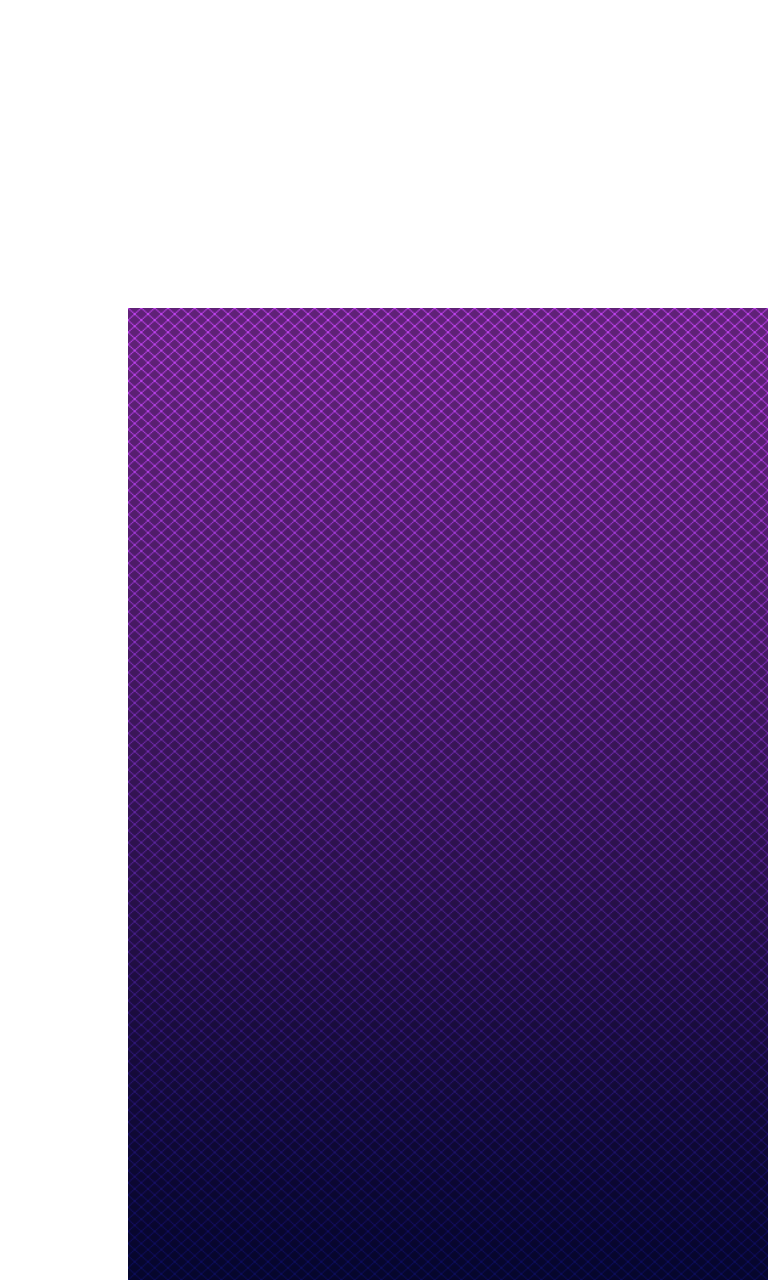
Repository: LimHeeJho/masicBall
Layout: MagicBall/res/layout/splash.xml
The author's editor kept a copy of each file at every save. The layout is drawn from the files as they stood at one save, then again after the next save.
It is drawn on a 768 x 1280 px phone screen (xhdpi) without system bars, with theme AppTheme; the app's code is not run.

Above is the layout before, as saved 2013-07-17 08:02:32.

### MagicBall/res/layout/splash.xml
<RelativeLayout xmlns:android="http://schemas.android.com/apk/res/android"
    android:layout_width="fill_parent"
    android:layout_height="fill_parent" >

    <RelativeLayout
        android:layout_width="wrap_content"
        android:layout_height="wrap_content"
        android:layout_alignParentRight="true"
        android:layout_alignParentTop="true"
        android:layout_marginTop="154dp"
        android:background="@drawable/background">

    </RelativeLayout>

</RelativeLayout>

Loaded but not shown: MagicBall/res/values/styles.xml (common file); MagicBall/res/values-v11/styles.xml (common file); MagicBall/res/values-v14/styles.xml (common file)

After the next save:
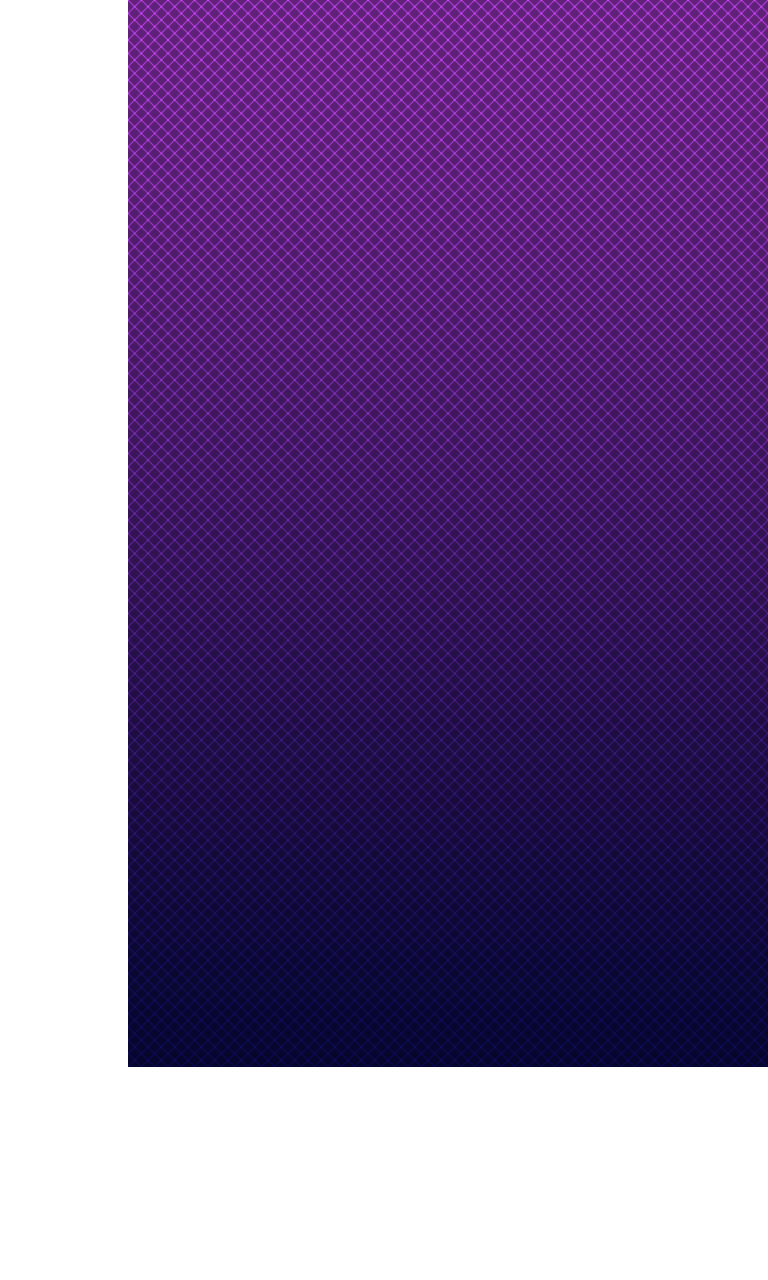
Saved 46 s later.
--- a/MagicBall/res/layout/splash.xml
+++ b/MagicBall/res/layout/splash.xml
@@ -7,9 +7,7 @@
         android:layout_height="wrap_content"
         android:layout_alignParentRight="true"
         android:layout_alignParentTop="true"
-        android:layout_marginTop="154dp"
-        android:background="@drawable/background">
+        android:background="@drawable/background" >
 
     </RelativeLayout>
-
 </RelativeLayout>
